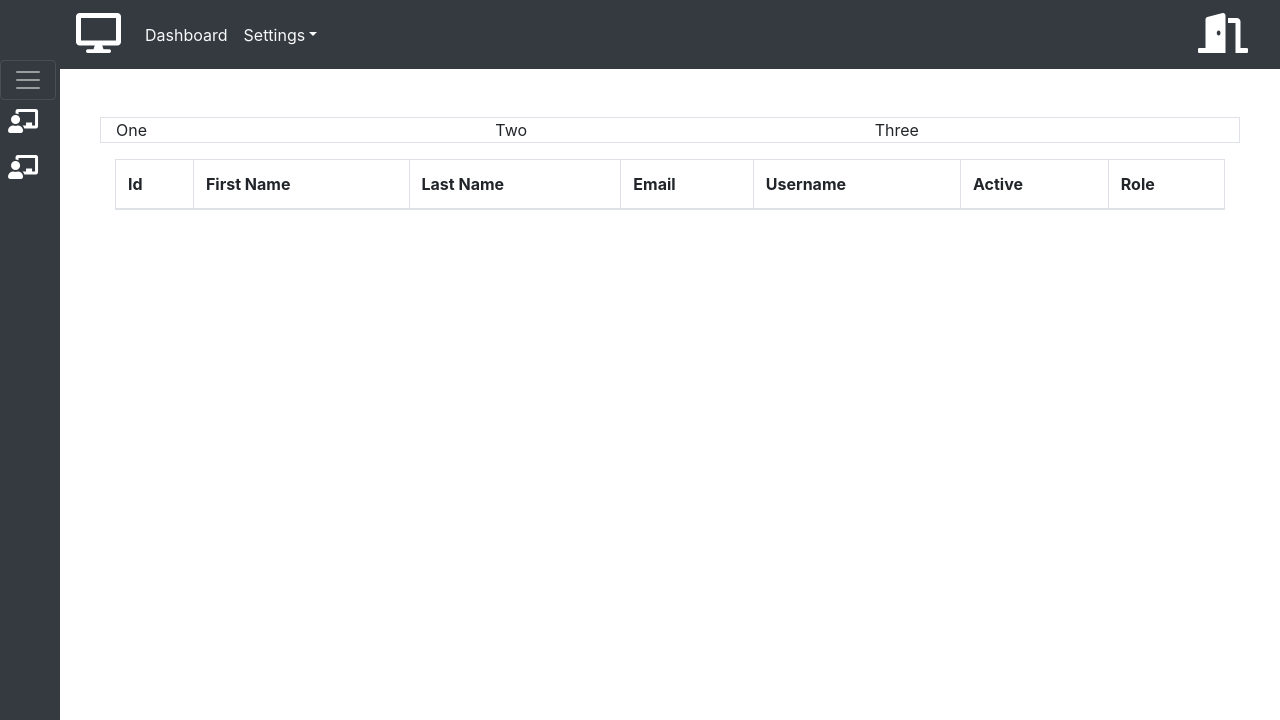
Repository: Pjosif/iDesk
Page: http://localhost/web/protected/userAdm.jsp
An editor plug-in stored every save of this project. The page is shown before and after the next save, followed by the edit.
The browser window is 1280 px wide. The pictures show the whole page.
Some web libraries are served in a nearby version. The page is served by Tomcat 9. Nobody is signed in. The application's start-up code is not run. The template is opened directly, without the code that normally fills it, so the values that code supplies are empty.

Above is the page before, as saved 2018-08-01 11:59:08.

After the next save:
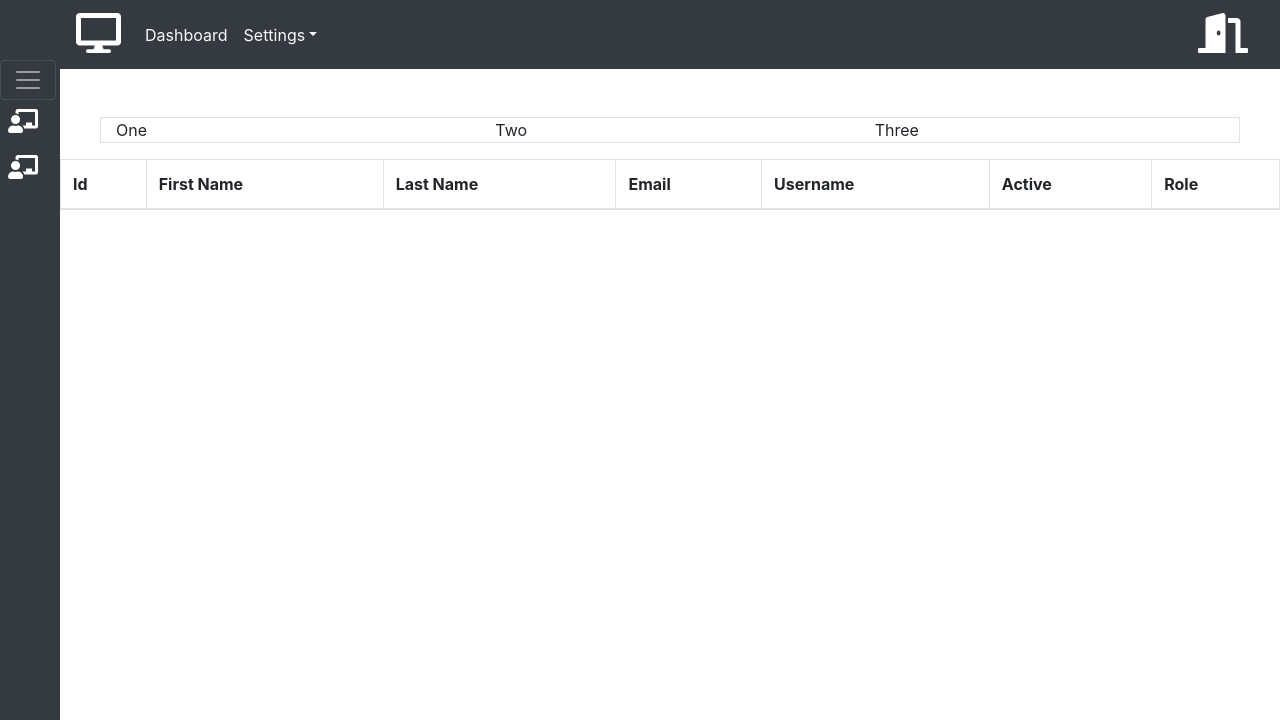
Saved 6 min 39 s later.
--- a/main/web/src/main/webapp/protected/userAdm.jsp
+++ b/main/web/src/main/webapp/protected/userAdm.jsp
@@ -23,7 +23,7 @@
 			</div>
 		</div>
 
-		<div class="container mt-3">
+		<div class="mt-3">
 			<table class="table table-bordered">
 				<thead>
 					<tr>
